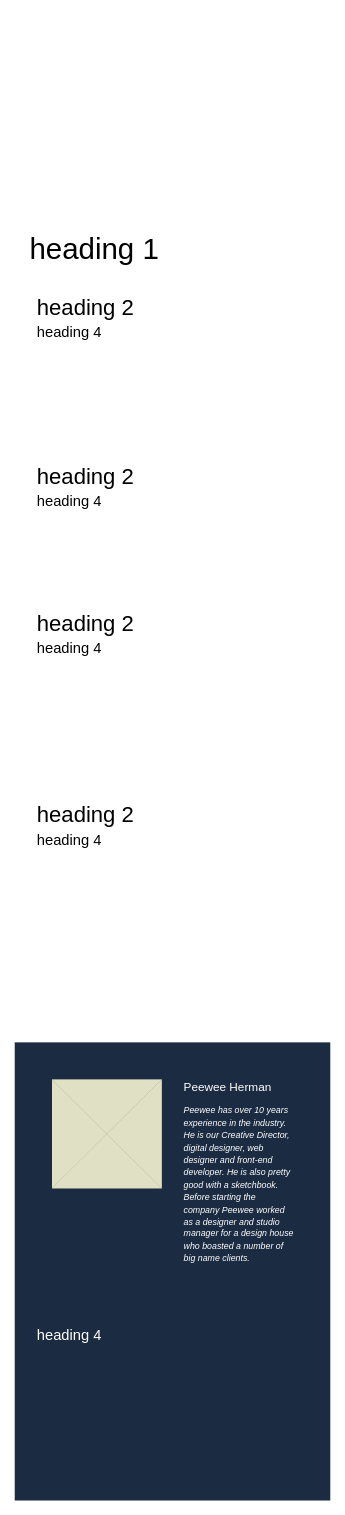
Repository: MonicaNguyenH/LAB-02A-Project1
Page: index.html
An editor plug-in stored every save of this project. The page is shown before and after the next save, followed by the edit.
The browser window is 375 px wide. The pictures show the whole page, at 92% of full size.

Above is the page before, as saved 2024-02-06 19:18:08.

After the next save:
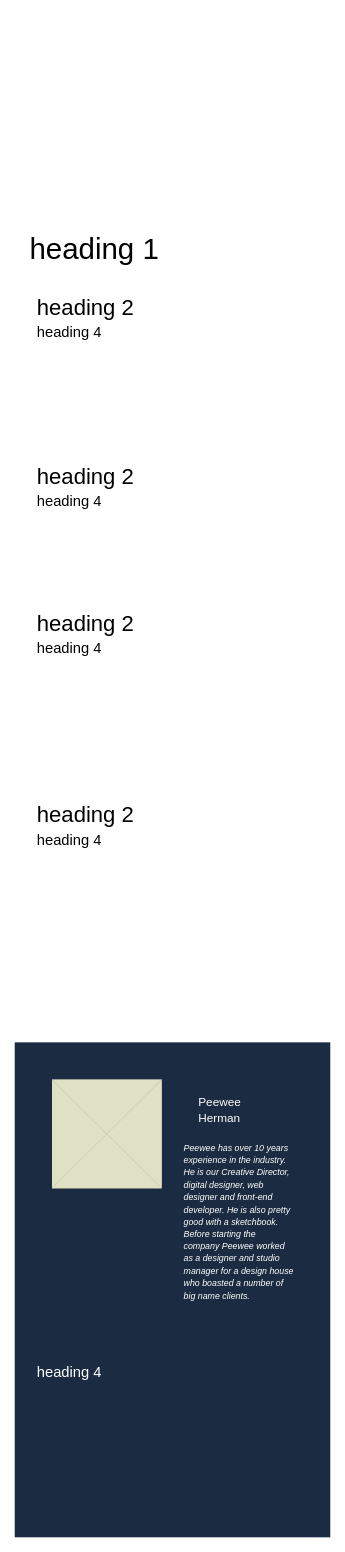
Saved 16 s later.
--- a/css/style.css
+++ b/css/style.css
@@ -118,7 +118,7 @@
 
     h5 {
         font-size: 0.8em;
-        margin:
+        margin: 1rem;
     }
 }
 /* Medium and up */
